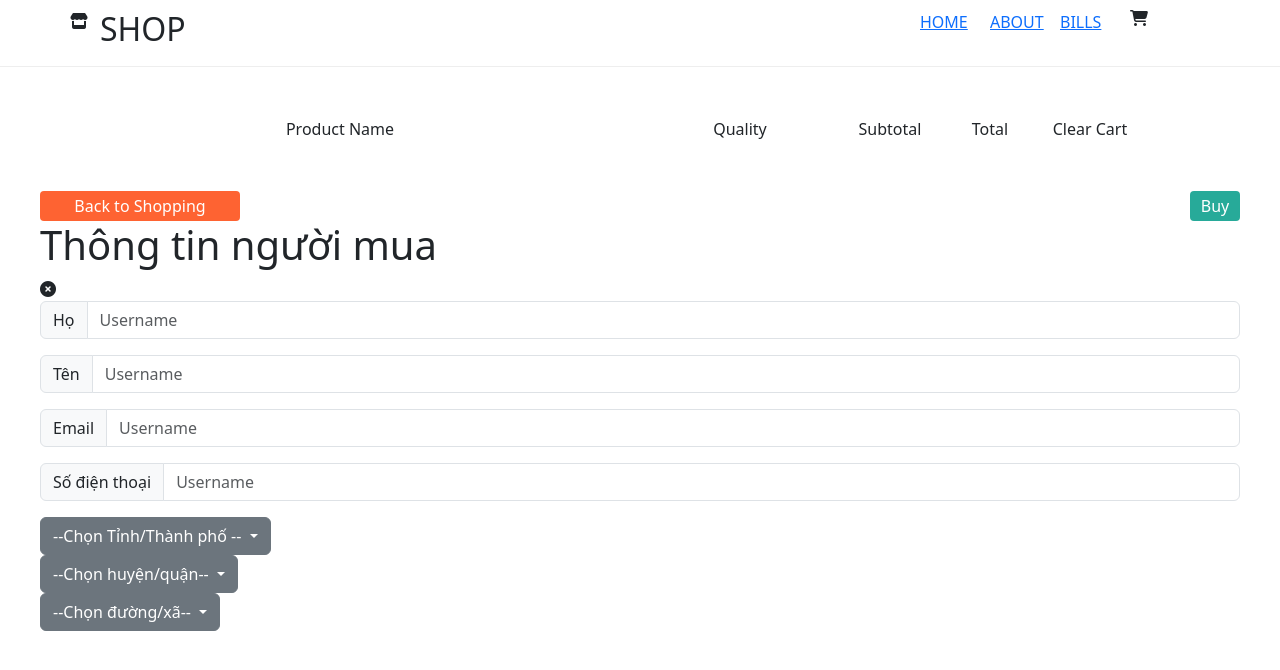
Repository: nguyenhaidang212/danh-sach-ban-hang
Page: index.html
An editor plug-in stored every save of this project. The page is shown before and after the next save, followed by the edit.
The browser window is 1280 px wide. The pictures show the whole page.
Some web libraries are served in a nearby version.

Above is the page before, as saved 2023-02-10 14:40:20.

### index.html
<!DOCTYPE html>
<html lang="en">
  <head>
    <meta charset="UTF-8" />
    <meta http-equiv="X-UA-Compatible" content="IE=edge" />
    <meta name="viewport" content="width=device-width, initial-scale=1.0" />
    <title>Danh sach ban hang</title>
    <link rel="stylesheet" href="style.css" />
    <script
      src="https://kit.fontawesome.com/2568d54abe.js"
      crossorigin="anonymous"
    ></script>
    <link
      href="https://cdn.jsdelivr.net/npm/bootstrap@5.3.0-alpha1/dist/css/bootstrap.min.css"
      rel="stylesheet"
      integrity="sha384-GLhlTQ8iRABdZLl6O3oVMWSktQOp6b7In1Zl3/Jr59b6EGGoI1aFkw7cmDA6j6gD"
      crossorigin="anonymous"
    />
    <script
      src="https://cdn.jsdelivr.net/npm/bootstrap@5.3.0-alpha1/dist/js/bootstrap.bundle.min.js"
      integrity="sha384-w76AqPfDkMBDXo30jS1Sgez6pr3x5MlQ1ZAGC+nuZB+EYdgRZgiwxhTBTkF7CXvN"
      crossorigin="anonymous"
    ></script>
  </head>
  <body>
    <header>
      <div class="header-title">
        <i class="fas fa-store header-icon-title"></i>
        <h2>SHOP</h2>
      </div>
      <div class="header-menu">
        <div class="header-menu-home">
          <a href="">HOME</a>
        </div>
        <div class="header-menu-about">
          <a href="">ABOUT</a>
        </div>
        <div class="header-menu-bill">
          <a href="">BILLS</a>
        </div>
        <i class="fas fa-shopping-cart buy_display"></i>
      </div>
    </header>

    <!-- Trang giao dien -->
    <main class="main_menu" style="display: none">
      <div class="list"></div>
    </main>
    <!-- Trang danh sach -->
    <main class="main_buy">
      <div class="title">
        <span>Product Name</span><span>Quality</span><span>Subtotal</span
        ><span>Total</span><span>Clear Cart</span>
      </div>
      <div class="buy">
        <button id="back">Back to Shopping</button>
        <button id="buy">Buy</button>
      </div>

      <!-- Trang thanh toan -->
      <div class="buy_form">
        <div class="form_title">
          <h1>Thông tin người mua</h1>
          <i class="fa-solid fa-circle-xmark"></i>
        </div>
        <div class="form_content">
          <div class="form_grid">
            <!-- <div id="name">Họ và tên</div>
            <input type="text" placeholder="Họ" />
            <input type="text" placeholder="Tên" />
            <div id="email">Email</div>
            <input type="text" placeholder="Email" />
            <div id="phone">Số điện thoại</div>
            <input type="text" placeholder="Số điện thoại" />
            <div id="address">Địa chỉ</div> -->
            <div class="input-group mb-3">
              <span class="input-group-text" id="basic-addon1">Họ</span>
              <input
                type="text"
                class="form-control"
                placeholder="Username"
                aria-label="Username"
                aria-describedby="basic-addon1"
              />
            </div>
            <div class="input-group mb-3">
              <span class="input-group-text" id="basic-addon1">Tên</span>
              <input
                type="text"
                class="form-control"
                placeholder="Username"
                aria-label="Username"
                aria-describedby="basic-addon1"
              />
            </div>
            <div class="input-group mb-3">
              <span class="input-group-text" id="basic-addon1">Email</span>
              <input
                type="text"
                class="form-control"
                placeholder="Username"
                aria-label="Username"
                aria-describedby="basic-addon1"
              />
            </div>
            <div class="input-group mb-3">
              <span class="input-group-text" id="basic-addon1"
                >Số điện thoại</span
              >
              <input
                type="text"
                class="form-control"
                placeholder="Username"
                aria-label="Username"
                aria-describedby="basic-addon1"
              />
            </div>

            <div class="dropdown">
              <button
                class="btn btn-secondary dropdown-toggle"
                type="button"
                data-bs-toggle="dropdown"
                aria-expanded="false"
              >
                --Chọn Tỉnh/Thành phố --
              </button>
              <ul class="dropdown-menu">
                <li><a class="dropdown-item" href="#">Action</a></li>
                <li><a class="dropdown-item" href="#">Another action</a></li>
                <li>
                  <a class="dropdown-item" href="#">Something else here</a>
                </li>
              </ul>
            </div>
            <div class="dropdown">
              <button
                class="btn btn-secondary dropdown-toggle"
                type="button"
                data-bs-toggle="dropdown"
                aria-expanded="false"
              >
                --Chọn huyện/quận--
              </button>
              <ul class="dropdown-menu">
                <li><a class="dropdown-item" href="#">Action</a></li>
                <li><a class="dropdown-item" href="#">Another action</a></li>
                <li>
                  <a class="dropdown-item" href="#">Something else here</a>
                </li>
              </ul>
            </div>
            <div class="dropdown">
              <button
                class="btn btn-secondary dropdown-toggle"
                type="button"
                data-bs-toggle="dropdown"
                aria-expanded="false"
              >
                --Chọn đường/xã--
              </button>
              <ul class="dropdown-menu">
                <li><a class="dropdown-item" href="#">Action</a></li>
                <li><a class="dropdown-item" href="#">Another action</a></li>
                <li>
                  <a class="dropdown-item" href="#">Something else here</a>
                </li>
              </ul>
            </div>
          </div>
        </div>
      </div>
    </main>
    <script src="main.js"></script>
  </body>
</html>
<!-- <div class="list_buy">
  <div class="buy-name">${e.name}</div>
  <div class="buy-quality">
    <i class="fa-solid fa-minus plus-icon"></i>
    ${e.quality}
    <i class="fa-solid fa-plus minus-icon"></i>
  </div>
  <div class="buy-price">${e.gia}</div>
  <div class="buy-sum">${e.id}</div>
  <div><i class="fa-solid fa-circle-xmark buy-del"></i></div>
</div> -->

### style.css
* {
  padding: 0;
  margin: 0;
  box-sizing: border-box;
}
.form {
  display: inline-grid;
  grid-template-columns: 150px 150px 150px 150px;
  column-gap: 20px;
  row-gap: 20px;
  text-align: center;
  margin-bottom: 20px;
}
header {
  display: flex;
  border-bottom: 1px solid #eee;
  width: 100%;
  padding: 10px 100px 10px;
  justify-content: space-between;
}
.header-title {
  display: flex;
}
h2 {
  font-size: 20px;
}
.header-icon-title {
  position: absolute;
  left: 70px;
  top: 13px;
}
.header-menu {
  display: grid;
  grid-template-columns: 50px 50px 50px 50px;
  column-gap: 20px;
}
a {
  text-decoration: none;
  color: black;
}
main {
  width: 1200px;
  margin: 50px auto;
}
.list {
  display: grid;
  margin: 0 225px;
  grid-template-columns: 180px 180px 180px 180px;
  column-gap: 10px;
  row-gap: 20px;
  text-align: center;
}
.item {
  border: 2px solid #eee;
  position: relative;
}
.item-imgs {
  width: 100%;
  height: 180px;
  display: flex;
  justify-content: center;
  align-items: center;
  margin-bottom: 8px;
  overflow: hidden;
}
.item-img {
  text-align: center;
  width: 100%;
}
.item-title {
  font-size: 20px;
  font-weight: 600;
}
.item-info {
  display: flex;
  justify-content: space-between;
  margin: 5px;
  padding: 0 10px;
  font-size: 12px;
}
.item-icon {
  position: absolute;
  border-radius: 50%;
  width: 30px;
  height: 30px;
  line-height: 30px;
  bottom: 36px;
  right: -4px;
}
.item-add {
  color: #fe6332;
  cursor: pointer;
}
.buy_display {
  cursor: pointer;
}
#back {
  background-color: #fe6332;
  color: white;
  border-radius: 4px;
  width: 200px;
  height: 30px;
  border: none;
  cursor: pointer;
}
#buy {
  background-color: #27aa99;
  color: white;
  border-radius: 4px;
  width: 50px;
  height: 30px;
  border: none;
  cursor: pointer;
}
.title {
  display: grid;
  grid-template-columns: 600px 200px 100px 100px 100px;
  text-align: center;
  margin-bottom: 20px;
}
.list_buy {
  display: flex;
  text-align: center;
  margin-bottom: 12px;
  max-height: 400px;
}
.buy-name {
  width: 600px;
}
.buy-quality {
  width: 200px;
}
.buy-price,
.buy-del,
.buy-sum {
  width: 100px;
}
.buy {
  margin: auto;
  display: flex;
  justify-content: space-between;
  margin-top: 50px;
}
.buy-del {
  color: red;
  cursor: pointer;
}
.plus-icon,
.minus-icon {
  margin: 0 24px;
  cursor: pointer;
  border: 1px solid #eee;
  padding: 4px;
  border-radius: 50%;
}
.plus-icon:hover {
  background-color: #fe6332;
}
.minus-icon:hover {
  background-color: #27aa99;
}

### main.js
const listData = [
  {
    id: 1,
    name: "Quần áo nam",
    so_luong: 100,
    gia: 100,
    src: "https://znews-photo.zadn.vn/w660/Uploaded/ycgmvjvj/2018_03_31/1.jpg",
    quality: 1,
  },
  {
    id: 2,
    name: "Điện thoại",
    so_luong: 200,
    gia: 500,
    src: "https://cdn2.cellphones.com.vn/358x358,webp,q100/media/catalog/product/t/_/t_m_12.png",
    quality: 1,
  },
  {
    id: 3,
    name: "Macbook",
    so_luong: 300,
    gia: 1000,
    src: "https://cdn.tgdd.vn/Products/Images/44/231244/macbook-air-m1-2020-gold-600x600.jpg",
    quality: 1,
  },
  {
    id: 4,
    name: "Máy ảnh",
    so_luong: 400,
    gia: 1200,
    src: "https://www.nguyenkim.com/images/detailed/644/10036326-may-anh-canon-eos-3000d-kit-ef-s-18-55mm-den-1.jpg",
    quality: 1,
  },
  {
    id: 5,
    name: "Đồng hồ",
    so_luong: 500,
    gia: 1400,
    src: "https://cdn1.viettelstore.vn/images/Product/ProductImage/medium/Apple_Watch_SE-Cell-44mm-star1.jpg",
    quality: 1,
  },
  {
    id: 6,
    name: "Giày nam",
    so_luong: 600,
    gia: 1500,
    src: "https://cdn.elly.vn/uploads/2019/08/13121739/giay-nam-cao-cap-da-that-ELLY-EGTM2-5.jpg",
    quality: 1,
  },
  {
    id: 7,
    name: "Tủ lạnh",
    so_luong: 700,
    gia: 1600,
    src: "https://cdn.tgdd.vn/Products/Images/1943/284851/tu-lanh-aqua-inverter-456-lit-aqr-m525xa-fb-600x600.jpg",
    quality: 1,
  },
  {
    id: 8,
    name: "Điều hòa",
    so_luong: 800,
    gia: 1700,
    src: "https://hangdienmaygiare.com/images/products/2020/02/22/large/dieu-hoa-1-chieu-panasonic-n9wkh-8m_1582358300.jpg",
    quality: 1,
  },
  {
    id: 9,
    name: "Máy giặt",
    so_luong: 1000,
    gia: 2000,
    src: "https://hangdienmaygiare.com/images/products/2019/09/03/large/may-giat-electrolux-ewf1042bdwa-10-kg-inverter.jpg",
    quality: 1,
  },
  {
    id: 10,
    name: "Váy đầm nữ",
    so_luong: 2000,
    gia: 300,
    src: "https://luzy.vn/wp-content/uploads/2020/05/LZD10951-18.jpg",
    quality: 1,
  },
  {
    id: 11,
    name: "Mắt kính",
    so_luong: 2100,
    gia: 400,
    src: "https://vn-test-11.slatic.net/p/5e0af4609b84659f759982ac0146f184.jpg_800x800q100.jpg_600x600Q100.jpg",
    quality: 1,
  },
  {
    id: 12,
    name: "Thắt lưng da",
    so_luong: 200,
    gia: 200,
    src: "https://hoianleather.com/wp-content/uploads/2021/04/That-lung-da-bo-that-danh-cho-nam-2.jpg",
    quality: 1,
  },
];
const keyLocalStorageListSP = "DANHSACHSP";
const keyLocalStorageItemCart = "DANHSACHITEMCART";
const listItem = document.querySelector(".list");
const $ = document.body;

localStorage.setItem(keyLocalStorageListSP, JSON.stringify(listData));
const item = JSON.parse(localStorage.getItem(keyLocalStorageListSP));
item.forEach((value) => {
  const template = `<div class="item">
  <div class="item-imgs">
    <img src="${value.src}" alt="" class="item-img"/>
  </div>
  <div class="item-icon"><i class="fa-solid fa-cart-plus item-add"></i></div>
  <div class="item-title">${value.name}</div>
  <div class="item-info">
    <div class="item-price">Giá: ${value.gia}</div>
    <div class="item-quality">Số lượng: ${value.so_luong}</div>
  </div>
</div>`;
  listItem.insertAdjacentHTML("beforeend", template);
});
const itemAdd = document.querySelectorAll(".item-add");
const arrayItemAdd = [];
const mainMenu = document.querySelector(".main_menu");
const mainBuy = document.querySelector(".main_buy");
const buyDiplay = document.querySelector(".buy");
const delItem = document.querySelector(".buy-del");
$.addEventListener("click", (e) => {
  //-----Chuyen trang-----
  if (e.target.matches(".buy_display")) {
    const listItem = JSON.parse(localStorage.getItem(keyLocalStorageItemCart));
    mainMenu.style.display = "none";
    mainBuy.style.display = "block";
    displayItem(listItem);
  }
  if (e.target.matches("#back")) {
    mainMenu.style.display = "block";
    mainBuy.style.display = "none";
    const back = document.querySelector("#back");
    document.querySelectorAll(".list_buy").forEach((e) => {
      e.remove();
    });
  }
  if (e.target.matches("#buy")) {
    // $.style.display = "none";
  }
  //-----Add Item-----
  if (e.target.matches(".item-add")) {
    addItem(e.target);
  }
  //-----Del Item-----
  if (e.target.matches(".buy-del")) {
    const itemDelName =
      e.target.parentNode.previousElementSibling.previousElementSibling
        .previousElementSibling.previousElementSibling;
    delItemBuy(itemDelName);
  }
  //-----Increase/Decrease Item----
  if (e.target.matches(".plus-icon")) {
    const listItem = JSON.parse(localStorage.getItem(keyLocalStorageItemCart));
    listItem.forEach((value) => {
      if (
        value.name == e.target.parentNode.previousElementSibling.textContent
      ) {
        value.soluong++;
      }
    });
    localStorage.setItem(keyLocalStorageItemCart, JSON.stringify(listItem));
    console.log(listItem);
    const listBuy = document.querySelectorAll(".list_buy");
    listBuy.forEach((e) => {
      e.remove();
    });
    displayItem(listItem);
  }
  if (e.target.matches(".minus-icon")) {
    const listItem = JSON.parse(localStorage.getItem(keyLocalStorageItemCart));
    listItem.forEach((value, i) => {
      if (
        value.name == e.target.parentNode.previousElementSibling.textContent
      ) {
        value.soluong--;
        if (value.soluong == 0) {
          listItem.splice(i, 1);
        }
      }
    });
    console.log(listItem);
    localStorage.setItem(keyLocalStorageItemCart, JSON.stringify(listItem));
    const listBuy = document.querySelectorAll(".list_buy");
    listBuy.forEach((e) => {
      e.remove();
    });
    displayItem(listItem);
  }
});

// // -----Them san pham-----
function addItem(value) {
  item.forEach((e) => {
    if (e.name == value.parentNode.nextElementSibling.textContent) {
      const object = {
        id: e.id,
        soluong: e.quality,
        name: e.name,
        price: e.gia,
      };
      arrayItemAdd.forEach((e, i) => {
        if (object.id == e.id) {
          object.soluong = e.soluong + 1;
          arrayItemAdd.splice(i, 1);
        }
      });
      arrayItemAdd.push(object);
    }
  });
  localStorage.setItem(keyLocalStorageItemCart, JSON.stringify(arrayItemAdd));
}

// //-----Hien thi san pham da mua-----
function displayItem(arr) {
  arr.forEach((e) => {
    item.forEach((value) => {
      if (value.id == e.id) {
        const price = Number(e.price) * Number(e.soluong);
        buyDiplay.insertAdjacentHTML(
          "beforebegin",
          `<div class="list_buy">
        <div class="buy-name">${value.name}</div>
        <div class="buy-quality">
        <i class="fa-solid fa-minus minus-icon"></i>
        ${e.soluong}
        <i class="fa-solid fa-plus plus-icon"></i>
        </div>
        <div class="buy-price">${value.gia}</div>
        <div class="buy-sum">${price}</div>
        <div><i class="fa-solid fa-circle-xmark buy-del"></i></div>
      </div>`
        );
      }
    });
  });
}

// //-----Xoa san pham-----
function delItemBuy(name) {
  name.parentNode.remove();
  arrayItemAdd.forEach((e, i) => {
    if (e.name == name.textContent) {
      arrayItemAdd.splice(i, 1);
    }
  });
  localStorage.setItem(keyLocalStorageItemCart, JSON.stringify(arrayItemAdd));
}
// localStorage.clear();

After the next save:
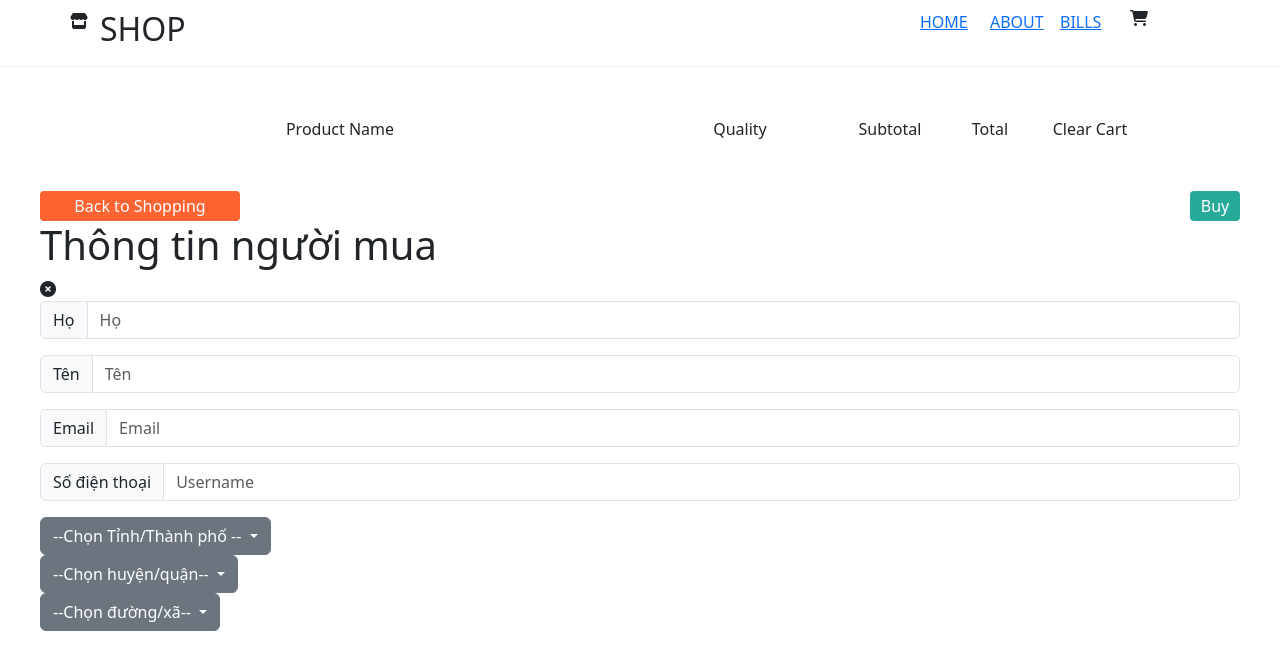
Saved 22 s later.
--- a/index.html
+++ b/index.html
@@ -78,7 +78,7 @@
               <input
                 type="text"
                 class="form-control"
-                placeholder="Username"
+                placeholder="Họ"
                 aria-label="Username"
                 aria-describedby="basic-addon1"
               />
@@ -88,7 +88,7 @@
               <input
                 type="text"
                 class="form-control"
-                placeholder="Username"
+                placeholder="Tên"
                 aria-label="Username"
                 aria-describedby="basic-addon1"
               />
@@ -98,7 +98,7 @@
               <input
                 type="text"
                 class="form-control"
-                placeholder="Username"
+                placeholder="Email"
                 aria-label="Username"
                 aria-describedby="basic-addon1"
               />
